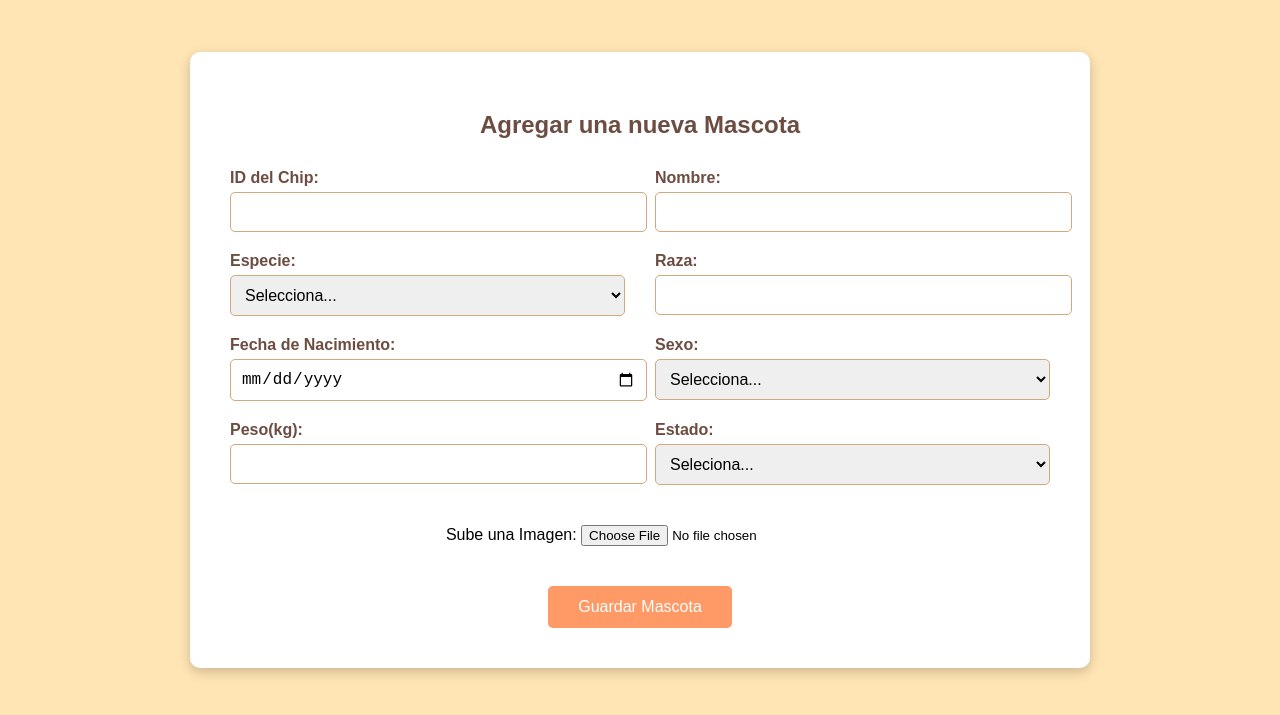
Repository: adriarodrisan/PetLover
Page: Paginas_web/Agregar_Mascota.html
These files come from the project's save history. The page is drawn as it stood at one moment and after the next save; the edit follows.
The browser window is 1280 px wide. The pictures show the whole page.

Above is the page before, as saved 2025-03-19 14:37:20.

After the next save:
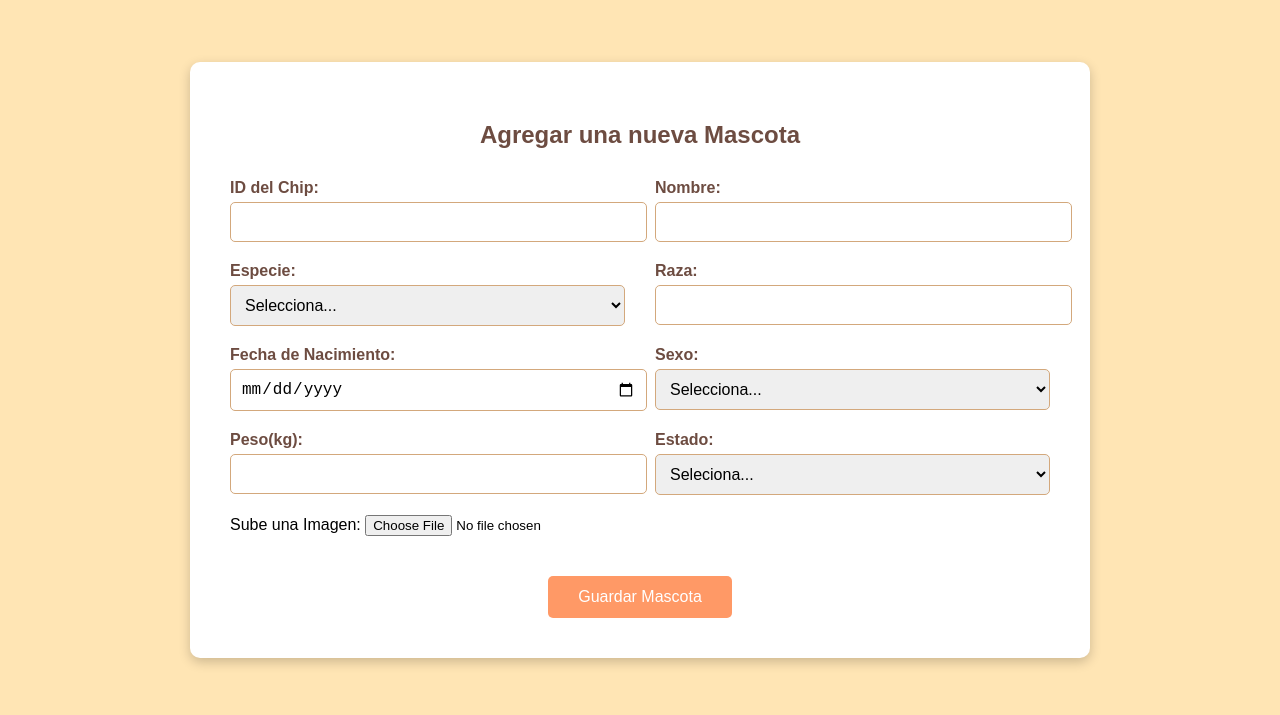
Saved 47 s later.
--- a/Css_Paginas/Agregar_mascota.css
+++ b/Css_Paginas/Agregar_mascota.css
@@ -43,6 +43,9 @@
 }
 .campo-con-imagen{
     grid-column: span 2;
+}
+.boton-contenedor{
+    grid-column: span 2;
     text-align: center;
     margin-top: 20px;
 }
